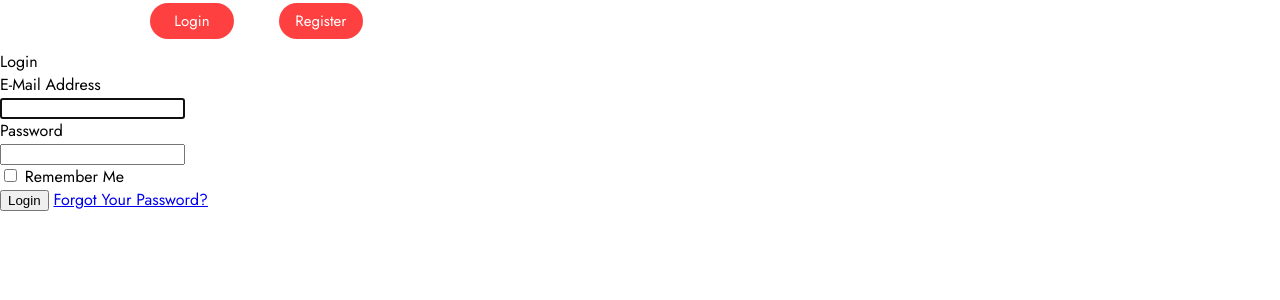
Repository: PatryxB/bikeService
Page: http://localhost/login
An editor plug-in stored every save of this project. The page is shown before and after the next save, followed by the edit.
The browser window is 1280 px wide. The pictures show the whole page.
The page is served by the project's Laravel application, run on PHP 8.4 with Laravel 8. Style sheets and scripts are compiled from the project's sources, by tool versions that may differ from the author's.

Above is the page before, as saved 2020-05-01 15:53:06.

After the next save:
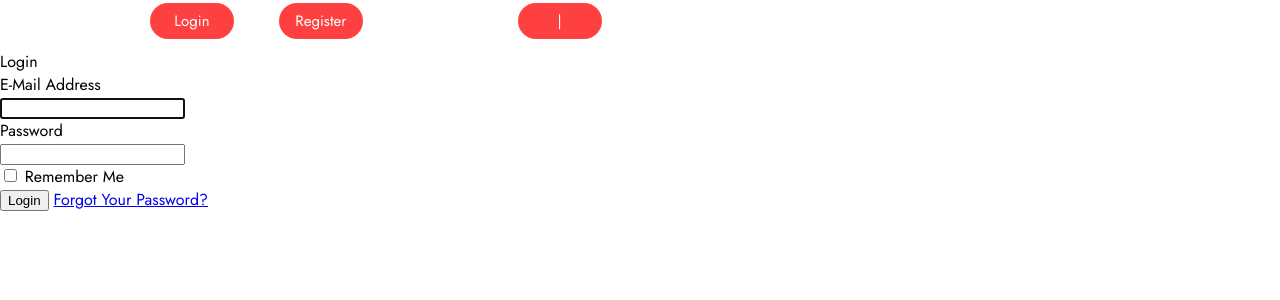
Saved 7 min 16 s later.
--- a/resources/views/layouts/app.blade.php
+++ b/resources/views/layouts/app.blade.php
@@ -33,7 +33,7 @@
                     @endif
                 @endauth
             @endif
-
+            <a role="button">|</a>
         </nav>
         <main>
             @yield('content')

After the 2 saves that followed:
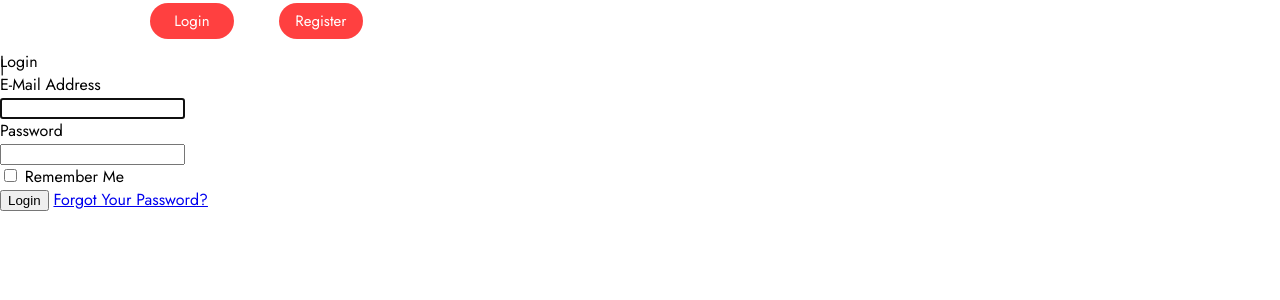
The 2 saves are shown as one change because 1 left the picture as it was.
The last was saved 47 s later.
--- a/resources/views/layouts/app.blade.php
+++ b/resources/views/layouts/app.blade.php
@@ -33,7 +33,7 @@
                     @endif
                 @endauth
             @endif
-            <a role="button">|</a>
+            <p role="button" class="arr-down">|</p>
         </nav>
         <main>
             @yield('content')
--- a/resources/sass/app.scss
+++ b/resources/sass/app.scss
@@ -38,3 +38,6 @@ nav a{
     width: 70px;
     text-align: center;
 }
+.arr-down{
+
+}
